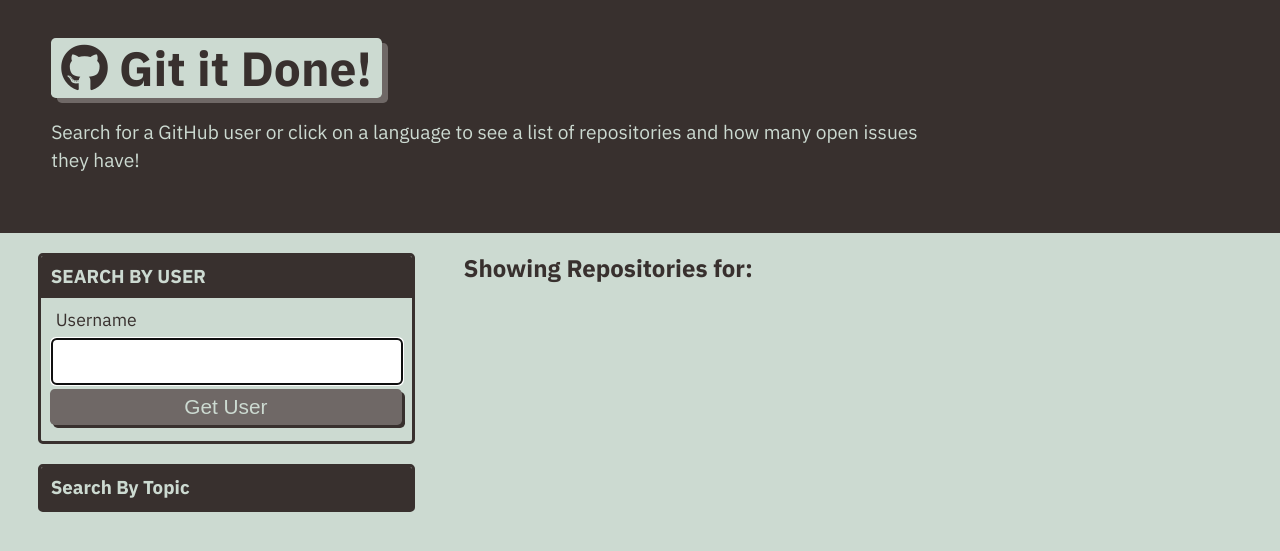
Repository: Brookethorson/git-it-done
Page: index.html
These files come from the project's save history. The page is drawn as it stood at one moment and after the next save; the edit follows.
The browser window is 1280 px wide. The pictures show the whole page.
Some web libraries are served in a nearby version.

Above is the page before, as saved 2021-09-04 17:39:26.

### index.html
<!DOCTYPE html>
<html lang="en">

<head>
  <meta charset="UTF-8">
  <meta name="viewport" content="width=device-width, initial-scale=1.0">
  <meta http-equiv="X-UA-Compatible" content="ie=edge">
  <link href="https://fonts.googleapis.com/css?family=IBM+Plex+Sans:400,400i,700&display=swap" rel="stylesheet">
  <link rel="stylesheet" href="https://cdnjs.cloudflare.com/ajax/libs/font-awesome/5.11.2/css/all.min.css">
  <link rel="stylesheet" href="./assets/css/style.css" />
  <title>Git it Done</title>
</head>

<body class="flex-column min-100-vh">
  <header class="hero">
    <h1 class="app-title"><i class="fab fa-github"></i> Git it Done!</h1>
    <p>Search for a GitHub user or click on a language to see a list of repositories and how many open issues they have!
    </p>
  </header>


  <main class="flex-row justify-space-between">
    <div class="col-12 col-md-4">

      <div class="card">
        <h3 class="card-header text-uppercase">Search By User</h3>
        <form id="user-form" class="card-body">
          <label class="form-label" for="username">Username</label>
          <input name="username" id="username" type="text" autofocus="true" class="form-input" />
          <button type="submit" class="btn">Get User</button>
        </form>
      </div>

      <div class="card">
        <h3 class="card-header">Search By Topic</h3>
      </div>
    </div>



    <div class="col-12 col-md-8">
      <h2 class="subtitle">Showing Repositories for: <span id="repo-search-term"></span></h2>
      <div id="repos-container" class="list-group">


      </div>
    </div>
  </main>

  <script src="./assets/js/homepage.js"></script>
</body>

</html>

### assets/css/style.css
:root {
  --primary: #ccdad1;
  --secondary: #9caea9;
  --tertiary: #788585;
  --light-dark: #6f6866;
  --dark: #38302e;
  --border-radius: .3rem;
}

* {
  box-sizing: border-box;
}

body {
  background-color: var(--primary);
  margin: 0;
  padding: 0;
  font-family: "IBM Plex Sans", sans-serif;
  color: var(--dark);
  line-height: 1.5;
  font-size: 16px;
}

h1,
h2,
h3,
h4,
h5,
h6 {
  font-weight: 700;
  margin: 0;
  color: var(--dark);
  line-height: 1.25;
}

main {
  margin: 20px auto;
  width: 94%;
}

p {
  font-size: 1.2rem;
}

 .btn {
  font-size: 1.3rem;
  text-decoration:none;
  padding: 6px 5px;
  width: 100%;
  display: block;
  margin: 5px 0;
  border-radius: var(--border-radius);
  color: var(--primary);
  border: none;
  outline: none;
  background-color: var(--light-dark);
  box-shadow: 3px 3px var(--dark);
  transform: translate(-1px, -1px);
}

 .btn:hover {
  color: var(--primary);
  background-color: var(--tertiary);
  transform: translate(0, 0);
  box-shadow: 2px 2px var(--dark);
}

.btn-inline {
  display: inline;
}

.btn-back {
  border-radius: var(--border-radius);
  color: var(--primary);
  border: none;
  outline: none;
  background-color: var(--light-dark);
  box-shadow: 3px 3px var(--secondary);
  transform: translate(-1px, -1px);
  display: inline-block;
  width: auto;
  margin-top: 20px;
  padding: 15px;
  text-decoration: none;
  font-size: 1.2rem;
}

 .btn-back:hover {
  color: var(--primary);
  background-color: var(--tertiary);
  transform: translate(0, 0);
  box-shadow: 2px 2px var(--dark);
}

.hero {
  padding: 3% 4%;
  background-color: var(--dark);
  color: var(--primary);
}

.hero p {
  max-width: 75%;
}

.app-title {
  font-size: 3rem;
  background-color: var(--primary);
  color: var(--dark);
  padding: 0 10px;
  display: inline-block;
  border-radius: var(--border-radius);
  box-shadow: 6px 5px var(--light-dark);
}

.list-group {
  padding: 0;
  list-style: none;
}

.list-item {
  margin-bottom: 10px;
  padding: 1.5%;
  border-radius: var(--border-radius);
  background-color: var(--light-dark);
  color: var(--primary);
  text-decoration: none;
}

.list-item:hover {
  background-color: var(--dark);
}

.status-icon {
  padding: 2px 5px;
  margin: 0 5px;
  background-color: rgba(255,255,255, 1);
  border-radius: var(--border-radius);
}

.icon-danger {
  color: rgb(255, 70, 70);
}

.icon-success {
  color: rgb(29, 153, 255);
}

/* CARDS */
.card {
  margin: 0 0 20px 0;
  border: 3px solid var(--dark);
  border-radius: var(--border-radius);
}

.card-header {
  color: var(--primary);
  background-color: var(--dark);
  padding: 2.5%;
  border-radius: calc(.18rem - 1px) calc(.18rem - 1px) 0 0;
}

.card-body {
  padding: 2.5%;
}

/* FORM */
.form-label,
.form-input,
.form-textarea {
  display: block;
}

.form-label {
  font-size: 1.1rem;
  margin: 0 0 0 5px;
}

.form-input {
  width: 100%;
  padding: 3%;
  margin: 5px 0;
  font-size: 1.2rem;
  border: 2px solid var(--light-dark);
  border-radius: var(--border-radius);
}

/* HEIGHT / WIDTH UTILS */
.min-100-vh {
  min-height: 100vh;
}

.min-100-vw {
  min-width: 100vw;
}

/* FONT UTILS */
.text-uppercase {
  text-transform: uppercase;
}


/* FLEX CONTENT */
.flex-row {
  display: flex;
  flex-wrap: wrap;
}

.flex-column {
  display: flex;
  flex-direction: column;
  flex-wrap: wrap;
}

.justify-space-between {
  justify-content: space-between;
}

.justify-space-around {
  justify-content: space-around;
}

.justify-flex-start {
  justify-content: flex-start
}

.justify-flex-end {
  justify-content: flex-end;
}

.justify-center {
  justify-content: center;
}

.align-stretch {
  align-items: stretch;
}

.align-end {
  align-items: flex-end;
}

.align-center {
  align-items: center;
}

.col-auto {
  flex-grow: 1;
}

.col-1 {
  flex: 0 0 calc(100% * 1 / 12 - 2%);
}

.col-2 {
  flex: 0 0 calc(100% * 2 / 12 - 2%);
}

.col-3 {
  flex: 0 0 calc(100% * 3 / 12 - 2%);
}

.col-4 {
  flex: 0 0 calc(100% * 4 / 12 - 2%);
}

.col-5 {
  flex: 0 0 calc(100% * 5 / 12 - 2%);
}

.col-6 {
  flex: 0 0 calc(100% * 6 / 12 - 2%);
}

.col-7 {
  flex: 0 0 calc(100% * 7 / 12 - 2%);
}

.col-8 {
  flex: 0 0 calc(100% * 8 / 12 - 2%);
}

.col-9 {
  flex: 0 0 calc(100% * 9 / 12 - 2%);
}

.col-10 {
  flex: 0 0 calc(100% * 10 / 12 - 2%);
}

.col-11 {
  flex: 0 0 calc(100% * 11 / 12 - 2%);
}

.col-12 {
  flex: 0 0 100%;
}

/* col-sm */
@media screen and (min-width: 640px) {
  .col-sm-1 {
    flex: 0 0 calc(100% * 1 / 12 - 2%);
  }

  .col-sm-2 {
    flex: 0 0 calc(100% * 2 / 12 - 2%);
  }

  .col-sm-3 {
    flex: 0 0 calc(100% * 3 / 12 - 2%);
  }

  .col-sm-4 {
    flex: 0 0 calc(100% * 4 / 12 - 2%);
  }

  .col-sm-5 {
    flex: 0 0 calc(100% * 5 / 12 - 2%);
  }

  .col-sm-6 {
    flex: 0 0 calc(100% * 6 / 12 - 2%);
  }

  .col-sm-7 {
    flex: 0 0 calc(100% * 7 / 12 - 2%);
  }

  .col-sm-8 {
    flex: 0 0 calc(100% * 8 / 12 - 2%);
  }

  .col-sm-9 {
    flex: 0 0 calc(100% * 9 / 12 - 2%);
  }

  .col-sm-10 {
    flex: 0 0 calc(100% * 10 / 12 - 2%);
  }

  .col-sm-11 {
    flex: 0 0 calc(100% * 11 / 12 - 2%);
  }

  .col-sm-12 {
    flex: 0 0 100%;
  }
}


/* col-md */
@media screen and (min-width: 768px) {
  .col-md-1 {
    flex: 0 0 calc(100% * 1 / 12 - 2%);
  }

  .col-md-2 {
    flex: 0 0 calc(100% * 2 / 12 - 2%);
  }

  .col-md-3 {
    flex: 0 0 calc(100% * 3 / 12 - 2%);
  }

  .col-md-4 {
    flex: 0 0 calc(100% * 4 / 12 - 2%);
  }

  .col-md-5 {
    flex: 0 0 calc(100% * 5 / 12 - 2%);
  }

  .col-md-6 {
    flex: 0 0 calc(100% * 6 / 12 - 2%);
  }

  .col-md-7 {
    flex: 0 0 calc(100% * 7 / 12 - 2%);
  }

  .col-md-8 {
    flex: 0 0 calc(100% * 8 / 12 - 2%);
  }

  .col-md-9 {
    flex: 0 0 calc(100% * 9 / 12 - 2%);
  }

  .col-md-10 {
    flex: 0 0 calc(100% * 10 / 12 - 2%);
  }

  .col-md-11 {
    flex: 0 0 calc(100% * 11 / 12 - 2%);
  }

  .col-md-12 {
    flex: 0 0 100%;
  }
}

/* col-lg */
@media screen and (min-width: 992px) {
  .col-lg-1 {
    flex: 0 0 calc(100% * 1 / 12 - 2%);
  }

  .col-lg-2 {
    flex: 0 0 calc(100% * 2 / 12 - 2%);
  }

  .col-lg-3 {
    flex: 0 0 calc(100% * 3 / 12 - 2%);
  }

  .col-lg-4 {
    flex: 0 0 calc(100% * 4 / 12 - 2%);
  }

  .col-lg-5 {
    flex: 0 0 calc(100% * 5 / 12 - 2%);
  }

  .col-lg-6 {
    flex: 0 0 calc(100% * 6 / 12 - 2%);
  }

  .col-lg-7 {
    flex: 0 0 calc(100% * 7 / 12 - 2%);
  }

  .col-lg-8 {
    flex: 0 0 calc(100% * 8 / 12 - 2%);
  }

  .col-lg-9 {
    flex: 0 0 calc(100% * 9 / 12 - 2%);
  }

  .col-lg-10 {
    flex: 0 0 calc(100% * 10 / 12 - 2%);
  }

  .col-lg-11 {
    flex: 0 0 calc(100% * 11 / 12 - 2%);
  }

  .col-lg-12 {
    flex: 0 0 100%;
  }
}

/* col-xl */
@media screen and (min-width: 1200px) {
  .col-xl-1 {
    flex: 0 0 calc(100% * 1 / 12 - 2%);
  }

  .col-xl-2 {
    flex: 0 0 calc(100% * 2 / 12 - 2%);
  }

  .col-xl-3 {
    flex: 0 0 calc(100% * 3 / 12 - 2%);
  }

  .col-xl-4 {
    flex: 0 0 calc(100% * 4 / 12 - 2%);
  }

  .col-xl-5 {
    flex: 0 0 calc(100% * 5 / 12 - 2%);
  }

  .col-xl-6 {
    flex: 0 0 calc(100% * 6 / 12 - 2%);
  }

  .col-xl-7 {
    flex: 0 0 calc(100% * 7 / 12 - 2%);
  }

  .col-xl-8 {
    flex: 0 0 calc(100% * 8 / 12 - 2%);
  }

  .col-xl-9 {
    flex: 0 0 calc(100% * 9 / 12 - 2%);
  }

  .col-xl-10 {
    flex: 0 0 calc(100% * 10 / 12 - 2%);
  }

  .col-xl-11 {
    flex: 0 0 calc(100% * 11 / 12 - 2%);
  }

  .col-xl-12 {
    flex: 0 0 100%;
  }
}

### assets/js/homepage.js
var userFormEl = document.querySelector("#user-form");
var nameInputEl = document.querySelector("#username");
var repoContainerEl = document.querySelector("#repos-container");
var repoSearchTerm = document.querySelector("#repo-search-term");
var getFeaturedRepos = function(language) {
  var apiUrl = "https://api.github.com/search/repositories?q=" + language + "+is:featured&sort=help-wanted-issues";

  fetch(apiUrl).then(function(response){
    if(response.okay) {
      response.json().then(function(data) {
        displayRepos(data.items, language);
      });
    } else {
      alert('Error: Github user not found');
    }
    });
};

var formSubmitHandler = function(event) {
  // prevent page from refreshing
  event.preventDefault();

  // get value from input element
  var username = nameInputEl.value.trim();

  if (username) {
    getUserRepos(username);

    // clear old content
    repoContainerEl.textContent = "";
    nameInputEl.value = "";
  } else {
    alert("Please enter a GitHub username");
  }
};

var getUserRepos = function(user) {
  // format the github api url
  var apiUrl = "https://api.github.com/users/" + user + "/repos";

  // make a get request to url
  fetch(apiUrl)
    .then(function(response) {
      // request was successful
      if (response.ok) {
        console.log(response);
        response.json().then(function(data) {
          console.log(data);
          displayRepos(data, user);
        });
      } else {
        alert("Error: " + response.statusText);
      }
    })
    .catch(function(error) {
      alert("Unable to connect to GitHub");
    });
};

var displayRepos = function(repos, searchTerm) {
  // check if api returned any repos
  if (repos.length === 0) {
    repoContainerEl.textContent = "No repositories found.";
    return;
  }

  repoSearchTerm.textContent = searchTerm;

  // loop over repos
  for (var i = 0; i < repos.length; i++) {
    // format repo name
    var repoName = repos[i].owner.login + "/" + repos[i].name;

    // create a link for each repo
    var repoEl = document.createElement("a");
    repoEl.classList = "list-item flex-row justify-space-between align-center";
    repoEl.setAttribute("href", "./single-repo.html?repo=" + repoName);

    // create a span element to hold repository name
    var titleEl = document.createElement("span");
    titleEl.textContent = repoName;

    // append to container
    repoEl.appendChild(titleEl);

    // create a status element
    var statusEl = document.createElement("span");
    statusEl.classList = "flex-row align-center";

    // check if current repo has issues or not
    if (repos[i].open_issues_count > 0) {
      statusEl.innerHTML =
        "<i class='fas fa-times status-icon icon-danger'></i>" + repos[i].open_issues_count + " issue(s)";
    } else {
      statusEl.innerHTML = "<i class='fas fa-check-square status-icon icon-success'></i>";
    }

    // append to container
    repoEl.appendChild(statusEl);

    // append container to the dom
    repoContainerEl.appendChild(repoEl);
  }
};

// add event listeners to forms
userFormEl.addEventListener("submit", formSubmitHandler);

After the next save:
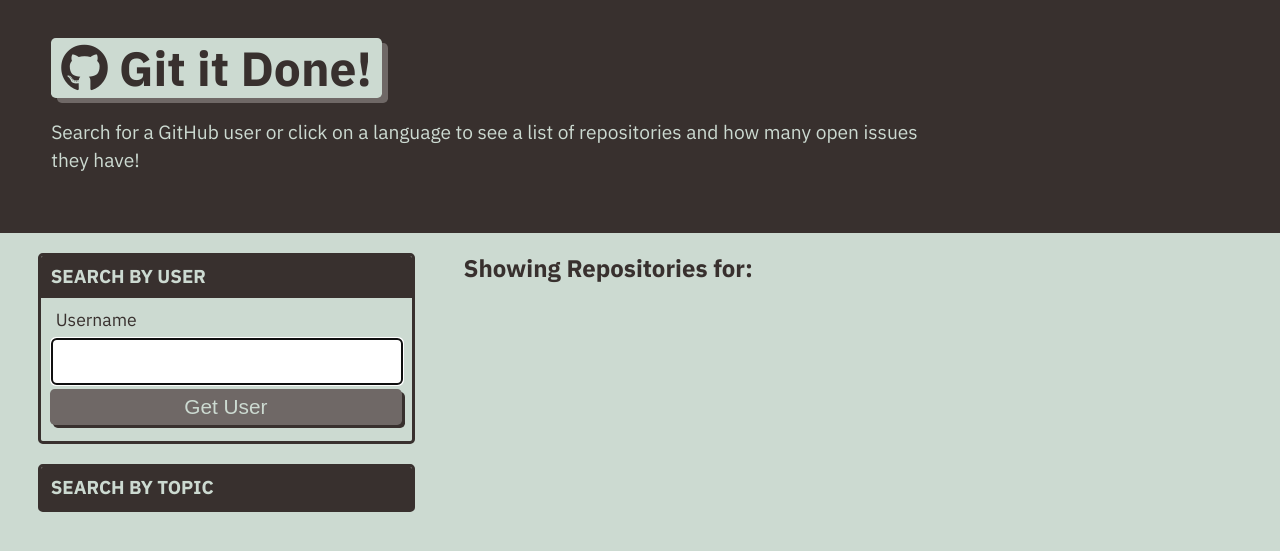
Saved 6 s later.
--- a/index.html
+++ b/index.html
@@ -32,7 +32,7 @@
       </div>
 
       <div class="card">
-        <h3 class="card-header">Search By Topic</h3>
+        <h3 class="card-header text-uppercase">Search By Topic</h3>
       </div>
     </div>
 
